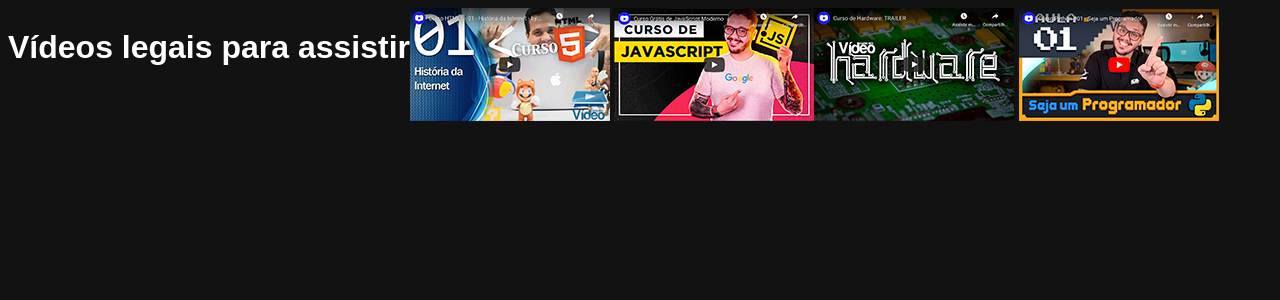
Repository: pheonix5/Estudo
Page: html-css/desafio/d009/index.html
An editor plug-in stored every save of this project. The page is shown before and after the next save, followed by the edit.
The browser window is 1280 px wide. The pictures show the whole page.

Above is the page before, as saved 2023-08-06 22:26:09.

After the next save:
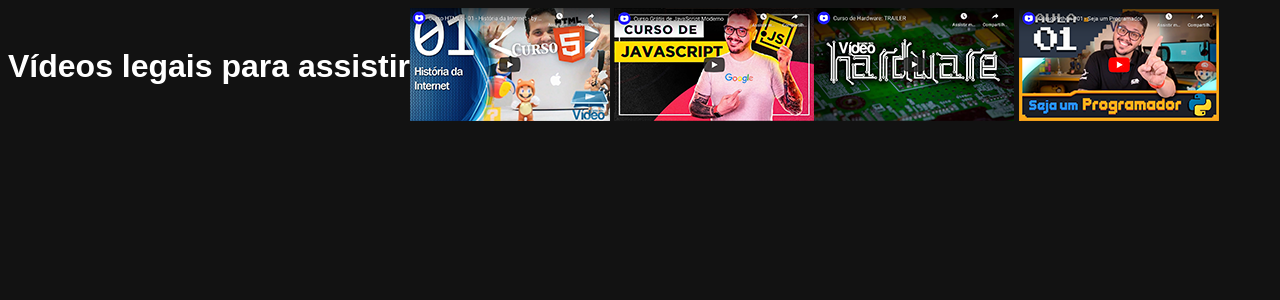
Saved 5 s later.
--- a/html-css/desafio/d009/index.html
+++ b/html-css/desafio/d009/index.html
@@ -9,7 +9,7 @@
       display: flex;
       background-color: #121212;
       font-family: sans-serif;
-      align-items: centers;
+      align-items: center;
     }
     .title{
       color: #FFF;
